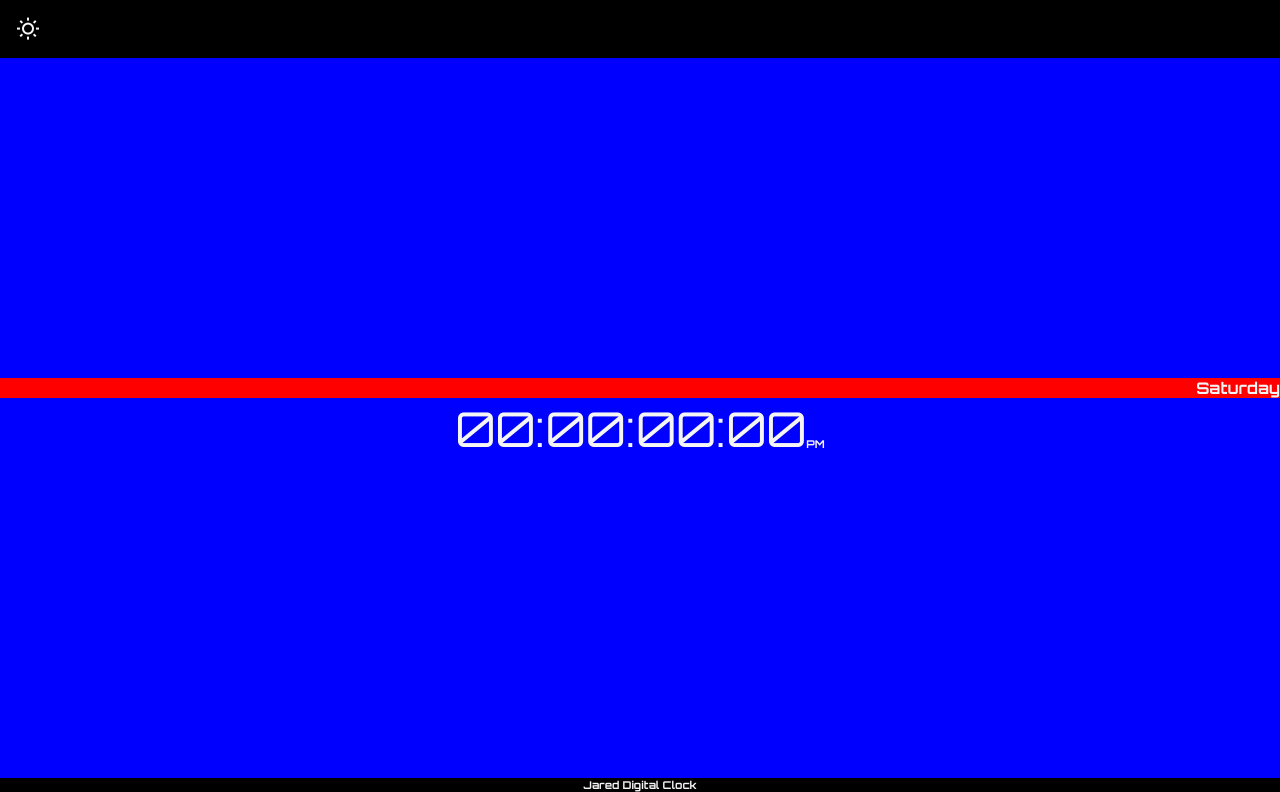
Repository: EguJaredoBoyd/Jared-Digital-Clock
Page: index.html
These files come from the project's save history. The page is drawn as it stood at one moment and after the next save; the edit follows.
The browser window is 1280 px wide. The pictures show the whole page.
Some web libraries are served in a nearby version.

Above is the page before, as saved 2026-01-04 22:26:40.

### index.html
<!DOCTYPE html>
<html lang="en">
  <head>
    <meta charset="UTF-8" />
    <meta name="viewport" content="width=device-width, initial-scale=1.0" />
    <link rel="stylesheet" href="./css/styles.css" />
    <link
      href="https://cdn.jsdelivr.net/npm/remixicon@4.8.0/fonts/remixicon.css"
      rel="stylesheet"
    />
    <link rel="preconnect" href="https://fonts.googleapis.com" />
    <link rel="preconnect" href="https://fonts.gstatic.com" crossorigin />
    <link
      href="https://fonts.googleapis.com/css2?family=Orbitron:wght@400..900&display=swap"
      rel="stylesheet"
    />
    <script src="./js/theme.js" defer></script>
    <title>Document</title>
  </head>
  <body>
    <div class="digital-clock">
      <header>
        <button id="theme-toggle"><i class="ri-sun-line"></i></button>
      </header>

      <main>
        <div class="watch-container">
          <div class="watch-container__day">
            <h4>Saturday</h4>
          </div>
          <div class="watch-container__time">
            <p>00:00:00:00</p>
            <h6>PM</h6>
          </div>
        </div>
      </main>

      <footer>
        <h6>Jared Digital Clock</h6>
      </footer>
    </div>
  </body>
</html>

### css/styles.css
* {
  margin: 0;
  padding: 0;
  box-sizing: border-box;
}

:root {
  --primary-color: black;
  --text-color: whitesmoke;

  /* Light-mode color variables */
  --light-mode: whitesmoke;
  --light-text: black;

  /* Button color font */
  --button-color: var(--text-color);
}

html {
  font-size: 16px;
  background-color: var(--primary-color);
}

.light-mode {
  background-color: var(--light-mode);
  color: var(--light-text);
  --button-color: var(--light-text);
}

body {
  color: var(--text-color);
  background-color: var(--primary-color);
  font-family: "Orbitron", sans-serif;
  width: 100%;
}

header {
  padding: 1rem;
}

header button {
  background: none;
  border: none;
}

header button i {
  font-size: 1.5rem;
  color: var(--button-color);
}

.digital-clock {
  height: 100%;
  width: 100%;
  display: flex;
  flex-direction: column;
  align-content: space-between;
  max-width: 100%;
}

.watch-container {
  display: flex;
  flex-direction: column;
  justify-content: center;
  align-items: center;
  height: 100vh;
  width: 100%;
  max-width: 100%;
  position: relative;
  background-color: blue;
}

.watch-container__day {
  width: 100%;
  max-width: 100%;
  display: flex;
  justify-content: end;
  background-color: red;
}

.watch-container__time {
  display: flex;
  max-width: 100%;
}

.watch-container__time p {
  font-size: 3rem;
}

.watch-container__time h6 {
  align-self: self-end;
  padding-bottom: 0.5rem;
}

footer h6 {
  text-align: center;
}

### js/theme.js
//Target the button element for the theme
const themeToggle = document.getElementById("theme-toggle");

//Create a function to handle the switching of themes
function switchThemeMode() {
  themeToggle.addEventListener("click", () => {
    document.body.classList.toggle("light-mode");
  });
}

switchThemeMode();

After the next save:
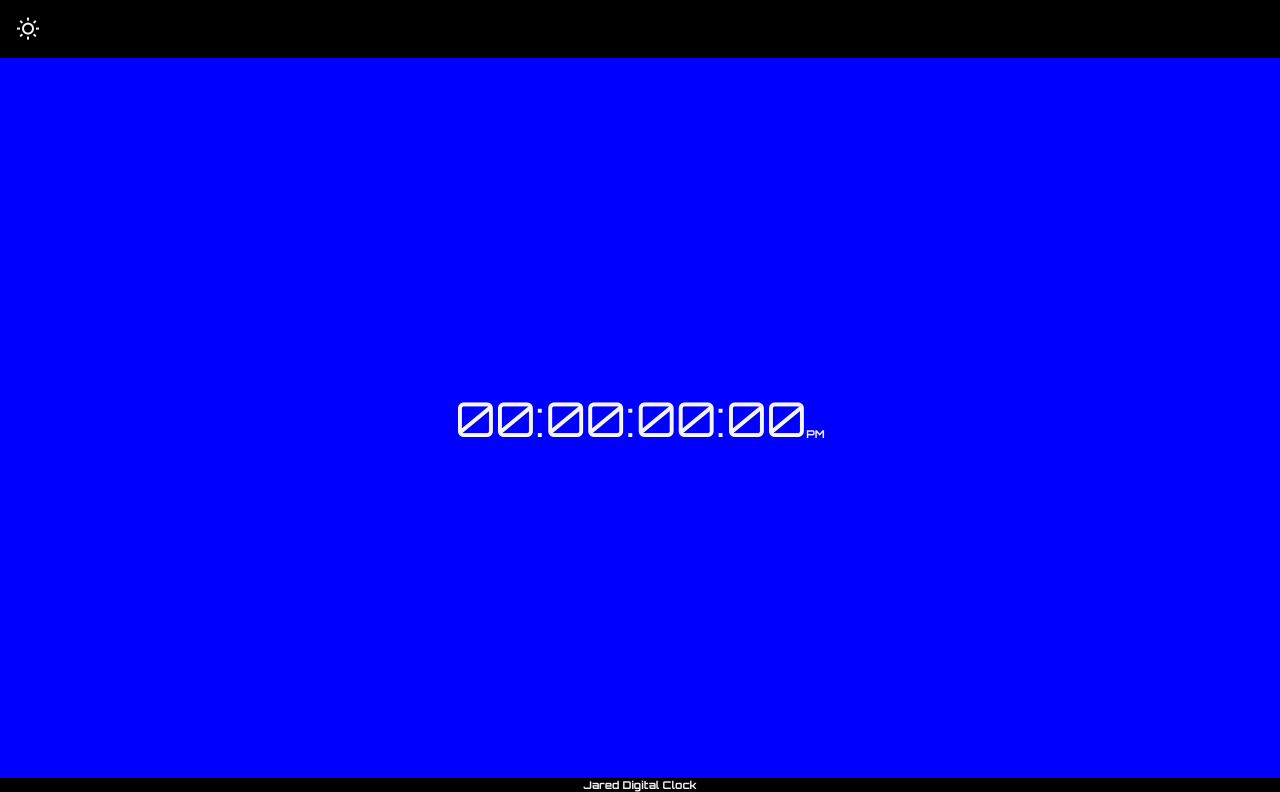
Saved 40 s later.
--- a/index.html
+++ b/index.html
@@ -25,9 +25,9 @@
 
       <main>
         <div class="watch-container">
-          <div class="watch-container__day">
+          <!-- <div class="watch-container__day">
             <h4>Saturday</h4>
-          </div>
+          </div> -->
           <div class="watch-container__time">
             <p>00:00:00:00</p>
             <h6>PM</h6>
